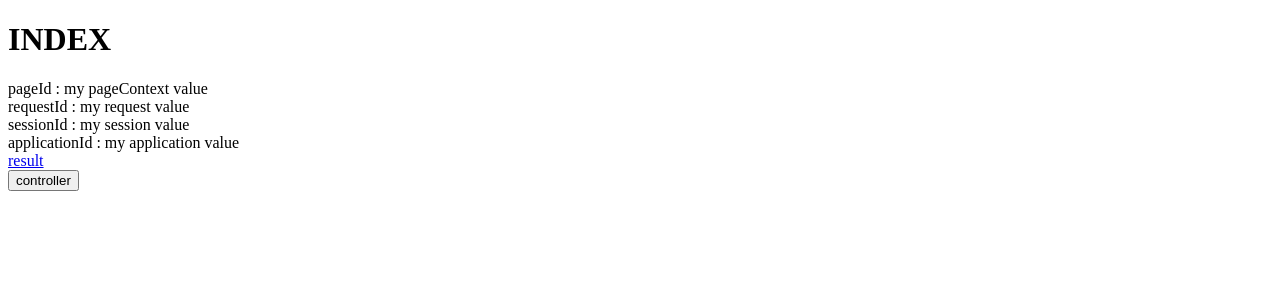
Repository: december-moon/WEB
Page: http://localhost/Jsp06_Scope/
These files come from the project's save history. The page is drawn as it stood at one moment and after the next save; the edit follows.
The browser window is 1280 px wide. The pictures show the whole page.
The page is served by Tomcat 9.

Above is the page before, as saved 2021-02-24 01:16:43.

After the next save:
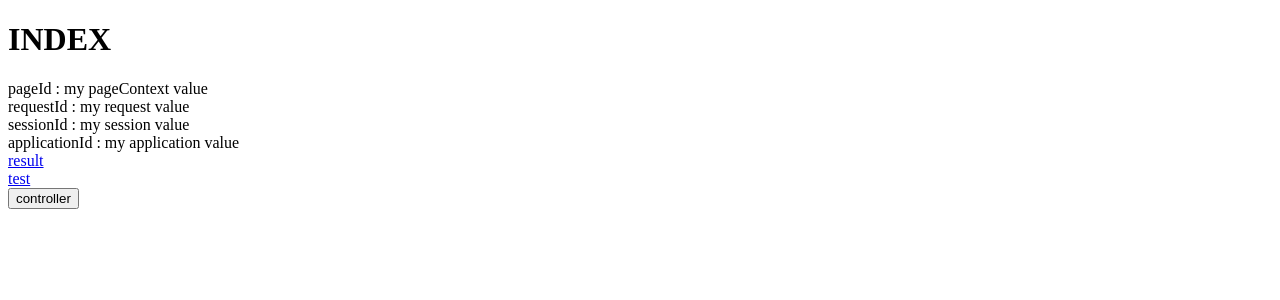
Saved 16 min 22 s later.
--- a/Jsp06_Scope/WebContent/index.jsp
+++ b/Jsp06_Scope/WebContent/index.jsp
@@ -25,6 +25,9 @@
 	applicationId : <%=application.getAttribute("applicationId") %><br/>
 
 	<a href="result.jsp">result</a><br/>
+
+	<a href="scope.do?mytest=1">test</a>
+
 	<form action="scope.do" method="post">
 		<input type="hidden" name="myRequest" value="my request value 2"/>
 		<input type="submit" value="controller"/>
